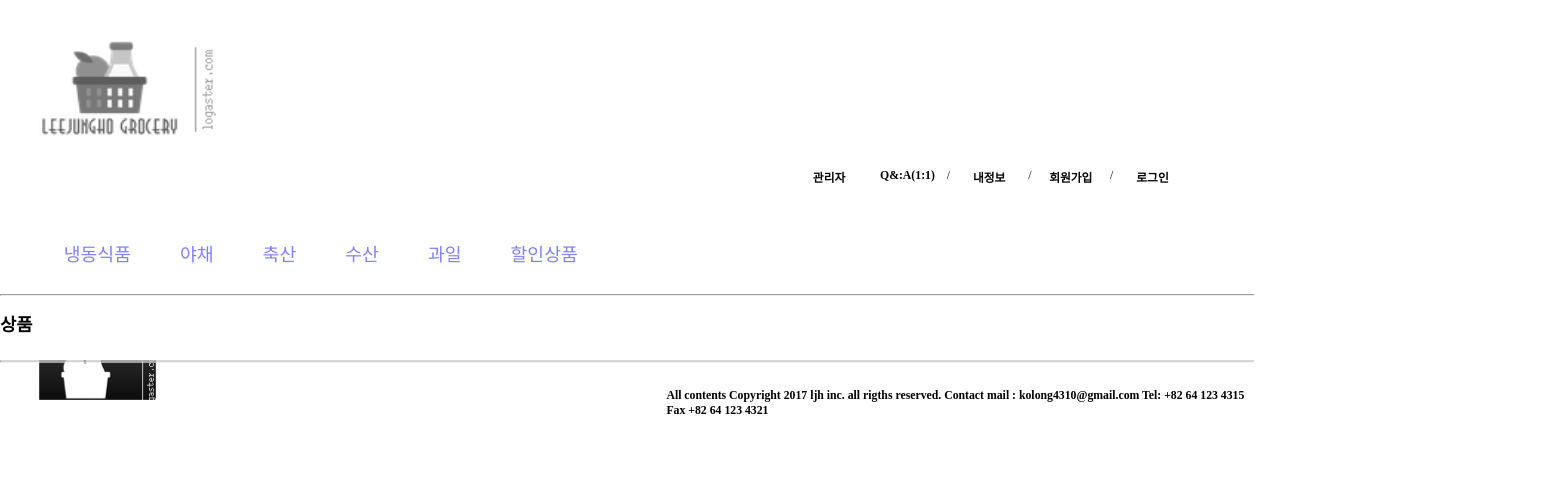
Repository: kolong4310/gitfth
Page: http://localhost/Shop/NonageServlet?command=catagory&kind=1
These files come from the project's save history. The page is drawn as it stood at one moment and after the next save; the edit follows.
The browser window is 1280 px wide. The page is 1280 px wide, then 1600 px, so the pictures cover 1600 px, including what lies to the right of the window. The pictures show the whole page, at 98% of full size.
The page is served by Tomcat 9. Queries for data that is not in the repository find no rows.

Above is the page before, as saved 2017-05-09 08:21:23.

After the next save:
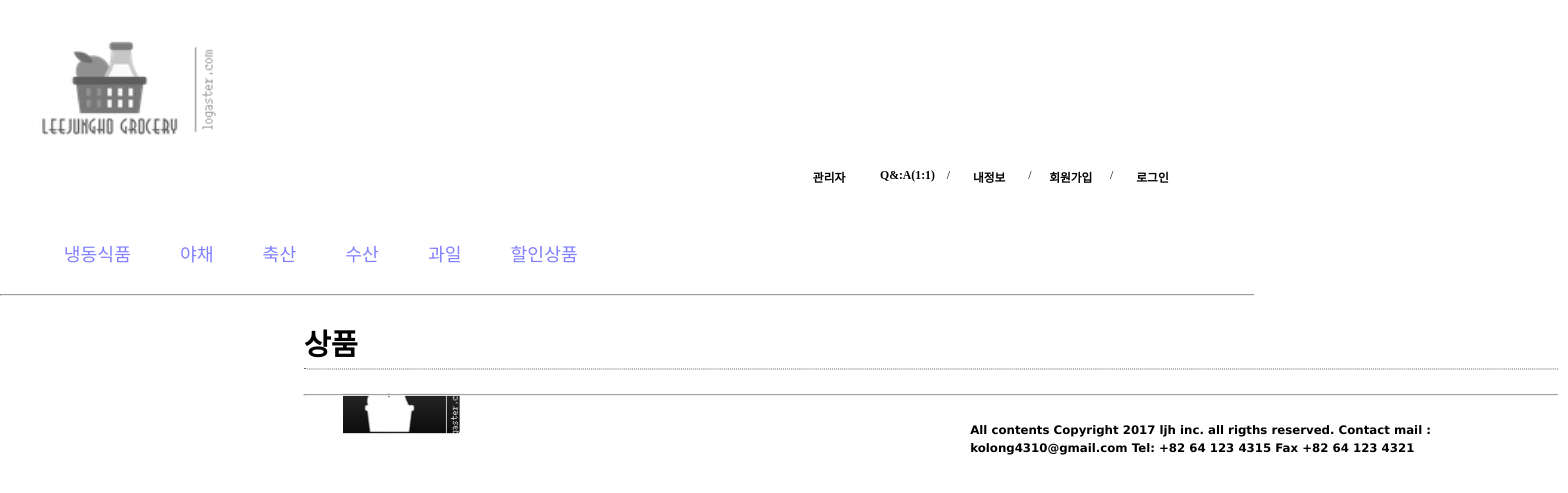
Saved 5 s later.
--- a/JspPro/Shop/WebContent/product/productKind.jsp
+++ b/JspPro/Shop/WebContent/product/productKind.jsp
@@ -2,7 +2,7 @@
     pageEncoding="UTF-8"%>
 <%@ include file="../header.jsp" %>
 
-	<article1>
+	<article>
 		<h2>상품</h2>
 		<c:forEach items="${productKindList }" var="productVO">
 			<div id="item">
